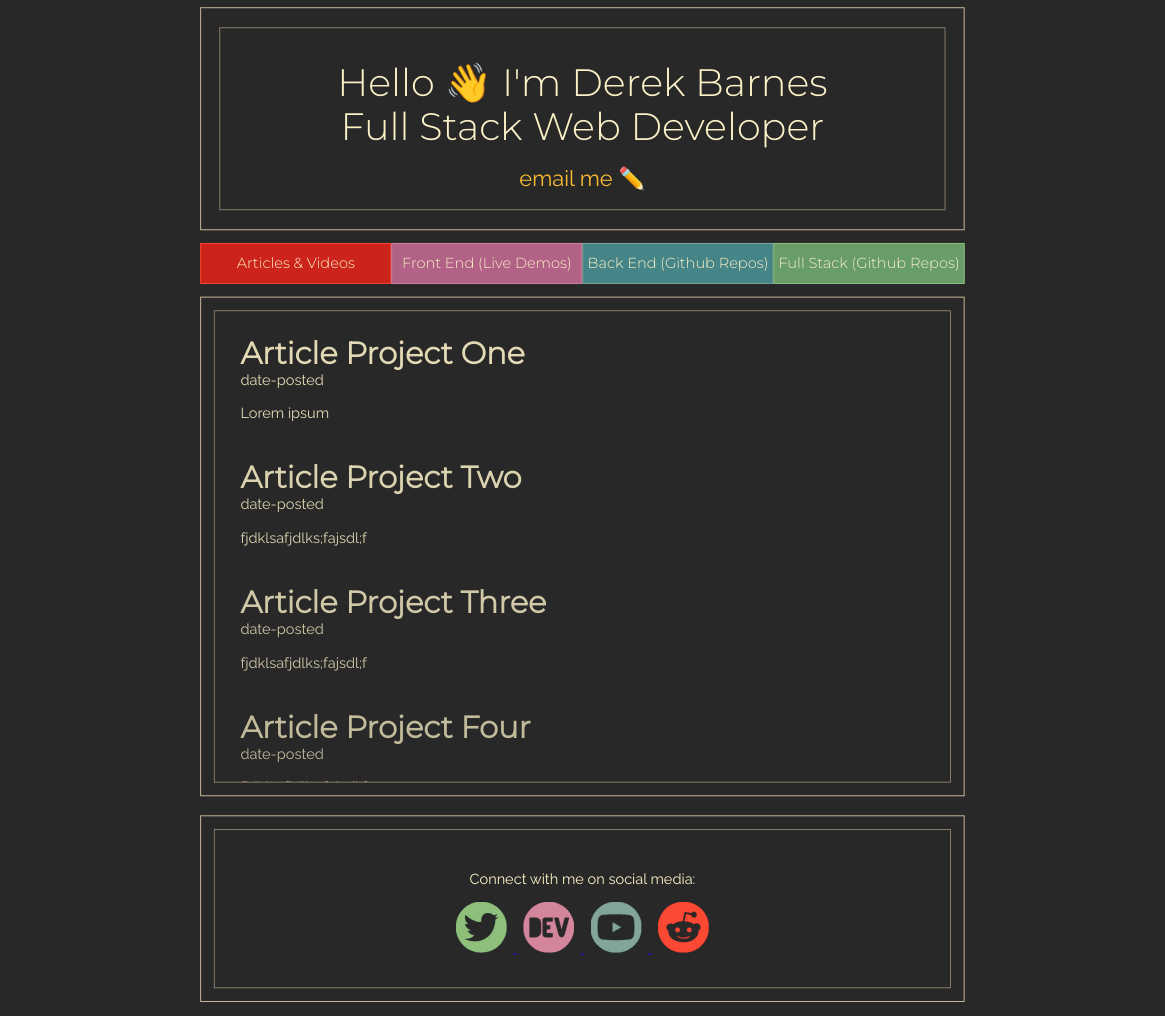
Repository: dsbarnes/groovy-blog
Page: index.html
An editor plug-in stored every save of this project. The page is shown before and after the next save, followed by the edit.
The browser window is 1280 px wide. The pictures show the whole page, at 91% of full size.
After loading, the first visible `#articles` was clicked once.
An inner scrolling area shows only its first screen. The style sheet was rebuilt from its Sass, Less or Tailwind sources for each picture, by a compiler version that may differ from the author's.

Above is the page before, as saved 2020-05-11 18:42:42.

After the next save:
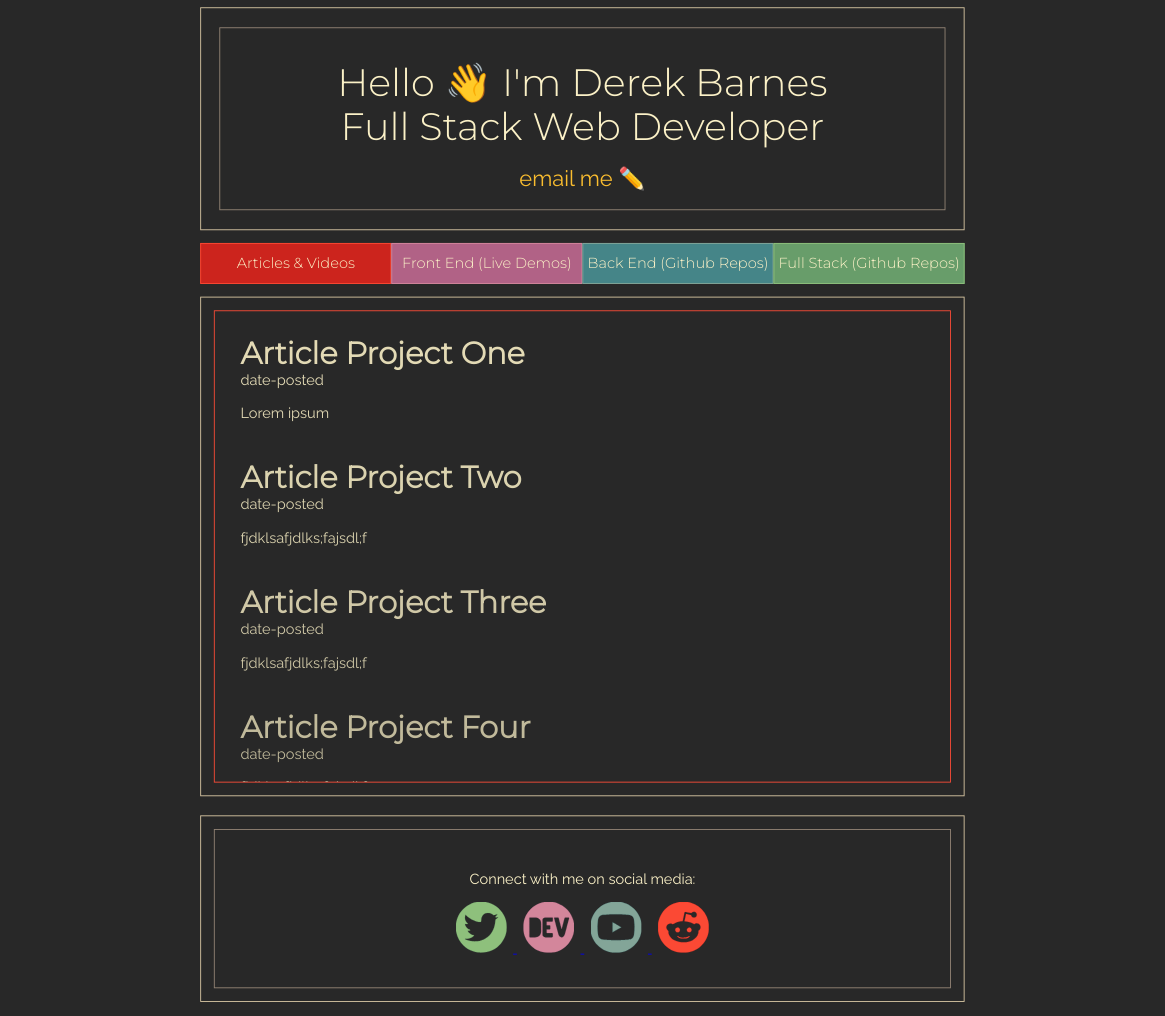
Saved 2 min 17 s later.
--- a/index.js
+++ b/index.js
@@ -45,6 +45,7 @@ const handleBorderColorChange = (color) => {
 
     doubleBorder.classList = 'double-border'
     console.log(doubleBorder.classList)
+    doubleBorder.classList.add(`border-color-${color}`)
     console.log(color)
 
     // .classList.add(`border-color-${this.dataset.color}`)
